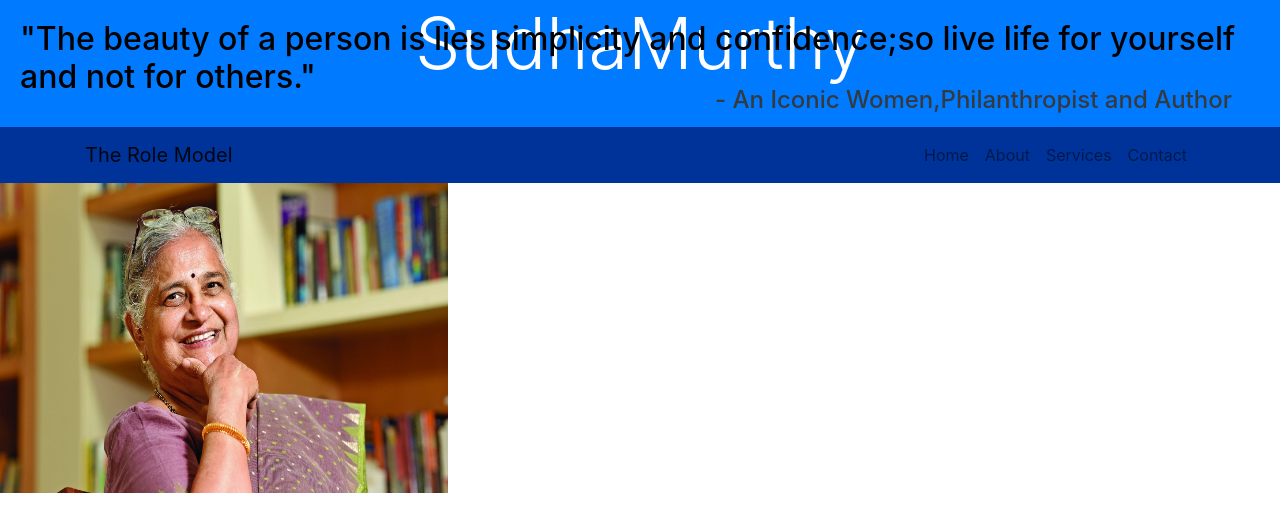
Repository: sumanthr18/RoleModel
Page: index.html
An editor plug-in stored every save of this project. The page is shown before and after the next save, followed by the edit.
The browser window is 1280 px wide. The pictures show the whole page.

Above is the page before, as saved 2020-03-14 16:55:36.

### index.html
<!DOCTYPE html>
<html lang="en">
<head>
    <meta charset="UTF-8">
    <meta name="viewport" content="width=device-width, initial-scale=1.0">
    <title>SudhaMurthy</title>
    <link rel="stylesheet" href="https://stackpath.bootstrapcdn.com/bootstrap/4.4.1/css/bootstrap.min.css" integrity="sha384-Vkoo8x4CGsO3+Hhxv8T/Q5PaXtkKtu6ug5TOeNV6gBiFeWPGFN9MuhOf23Q9Ifjh" crossorigin="anonymous">
</head>
<body>
    <header class="bg-primary pb-1">
        <h1 class="display-3 text-center my-0 text-white ">SudhaMurthy</h1>
        <h4 class="text-right mr-5 text-dark">- An Iconic Women,Philanthropist and Author</h4>
    </header>
    <nav style="background-color: #003399;" class="navbar navbar-expand-sm navbar-light mb-0">
        <div class="container">
            <a class="navbar-brand " href="#">The Role Model</a>
            <button class="navbar-toggler" data-toggle="collapse" data-target="#navbarNav">
                <span class="navbar-toggler-icon"></span>
            </button>
            <div class="collapse navbar-collapse" id="navbarNav">
                <ul class="navbar-nav ml-auto">
                    <li class="nav-item">
                        <a class="nav-link" href="#">Home</a>
                    </li>
                    <li class="nav-item">
                        <a class="nav-link" href="#">About</a>
                    </li>
                    <li class="nav-item">
                        <a class="nav-link" href="#">Services</a>
                    </li>
                    <li class="nav-item">
                        <a class="nav-link" href="#">Contact</a>
                    </li>
                </ul>
            </div>
        </div>
    </nav>
    <div>
        <img style="width:35%;height:310px" src="Sudha_Murty_1-update.jpg">
        <div class="card-img-overlay">
            <h2 style="color: black;" class="card-text">"The beauty of a person is lies simplicity and confidence;so live life for yourself and not for others."</h2>
        </div>
    </div>
</body>
</html>

After the next save:
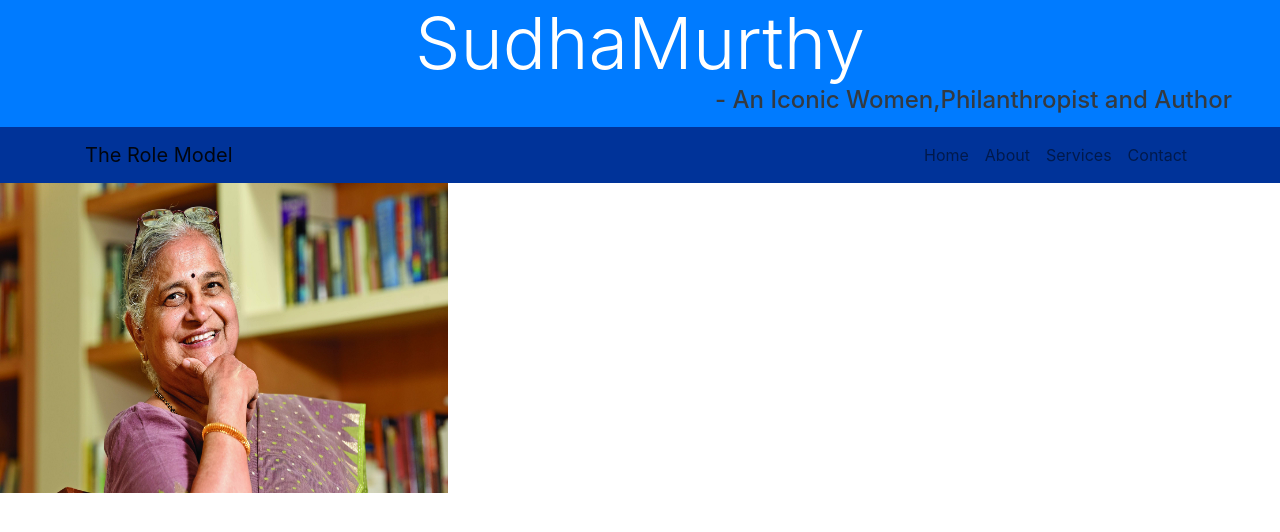
Saved 17 s later.
--- a/index.html
+++ b/index.html
@@ -37,9 +37,7 @@
     </nav>
     <div>
         <img style="width:35%;height:310px" src="Sudha_Murty_1-update.jpg">
-        <div class="card-img-overlay">
-            <h2 style="color: black;" class="card-text">"The beauty of a person is lies simplicity and confidence;so live life for yourself and not for others."</h2>
-        </div>
+
     </div>
 </body>
 </html>
